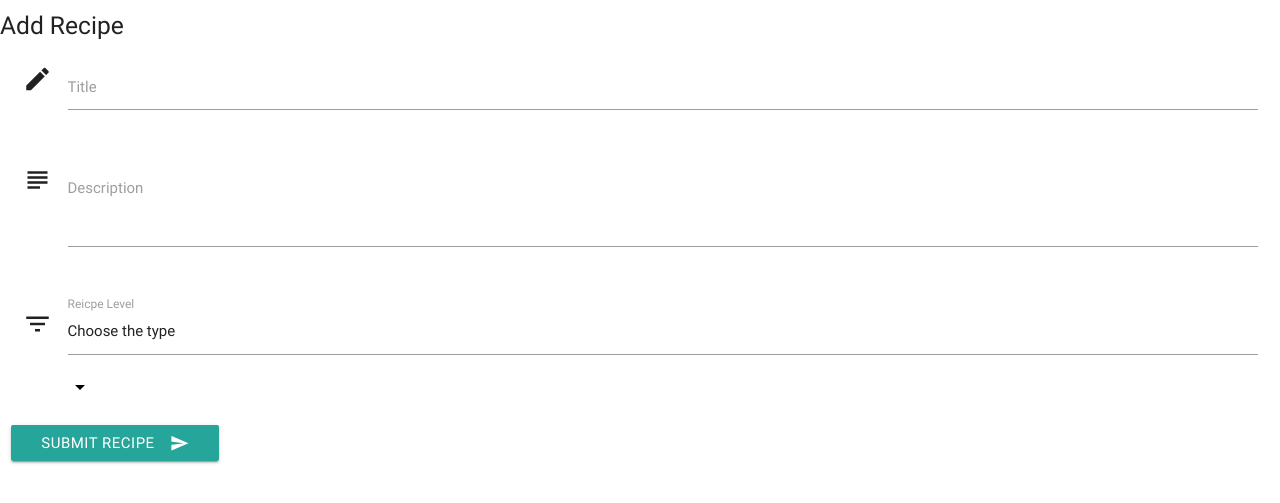
Repository: neillarkin/atari-app
Page: http://localhost/add_recipe
The author's editor kept a record of every edit. The page is drawn from the files as they stood at one moment, then again after the next edit.
The browser window is 1280 px wide. The pictures show the whole page.
The page is served by the project's application, run on Flask 3 (run.py). Queries for data that is not in the repository find no rows.

Above is the page before.

After the next edit:
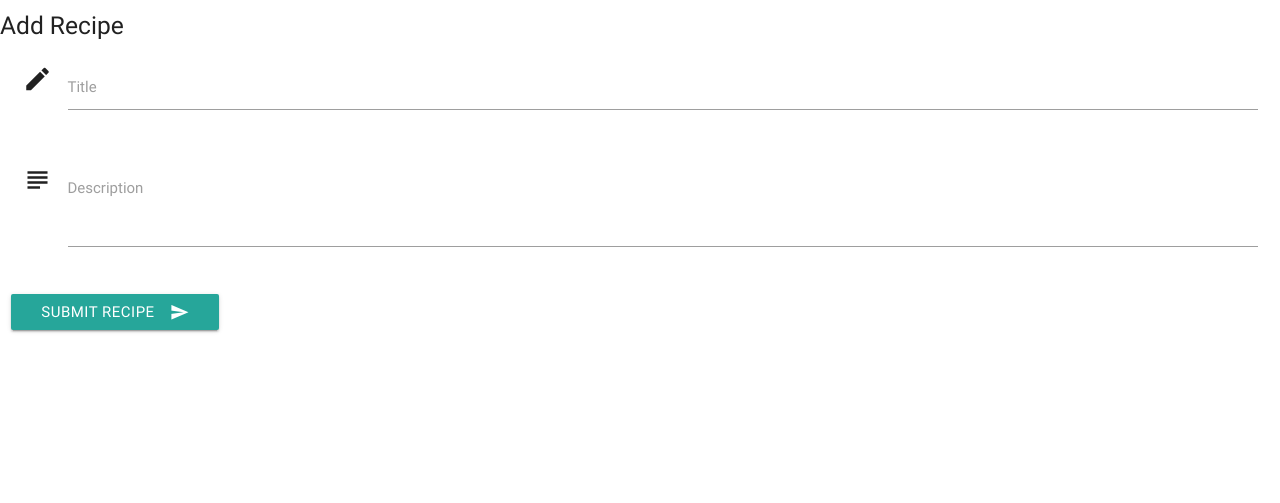
The edit:
--- a/templates/add_recipe.html
+++ b/templates/add_recipe.html
@@ -18,18 +18,18 @@
         <label for="textarea2">Description</label>
       </div>
     </div>
-    <div class="row">
-      <div class="input-field col s12">
-        <i class="material-icons prefix">filter_list</i>
-        <select id="category" name="category_name">
-          <option value="" disabled selected>Choose the type</option>
-          {% for category in categories %}
-            <option value="{{category.category_name}}">{{category.category_name}}</option>
-          {% endfor %}
-        </select>
-        <label>Reicpe Level</label>
-      </div>
-    </div>
+    <!--<div class="row">-->
+    <!--  <div class="input-field col s12">-->
+    <!--    <i class="material-icons prefix">filter_list</i>-->
+    <!--    <select id="category" name="category_name">-->
+    <!--      <option value="" disabled selected>Choose the type</option>-->
+    <!--      {% for category in categories %}-->
+    <!--        <option value="{{category.category_name}}">{{category.category_name}}</option>-->
+    <!--      {% endfor %}-->
+    <!--    </select>-->
+    <!--    <label>Type of Dish</label>-->
+    <!--  </div>-->
+    <!--</div>-->
     <!--</div>-->
     <div class="row">
       <button class="btn waves-effect waves-light" type="submit" name="action">Submit recipe
